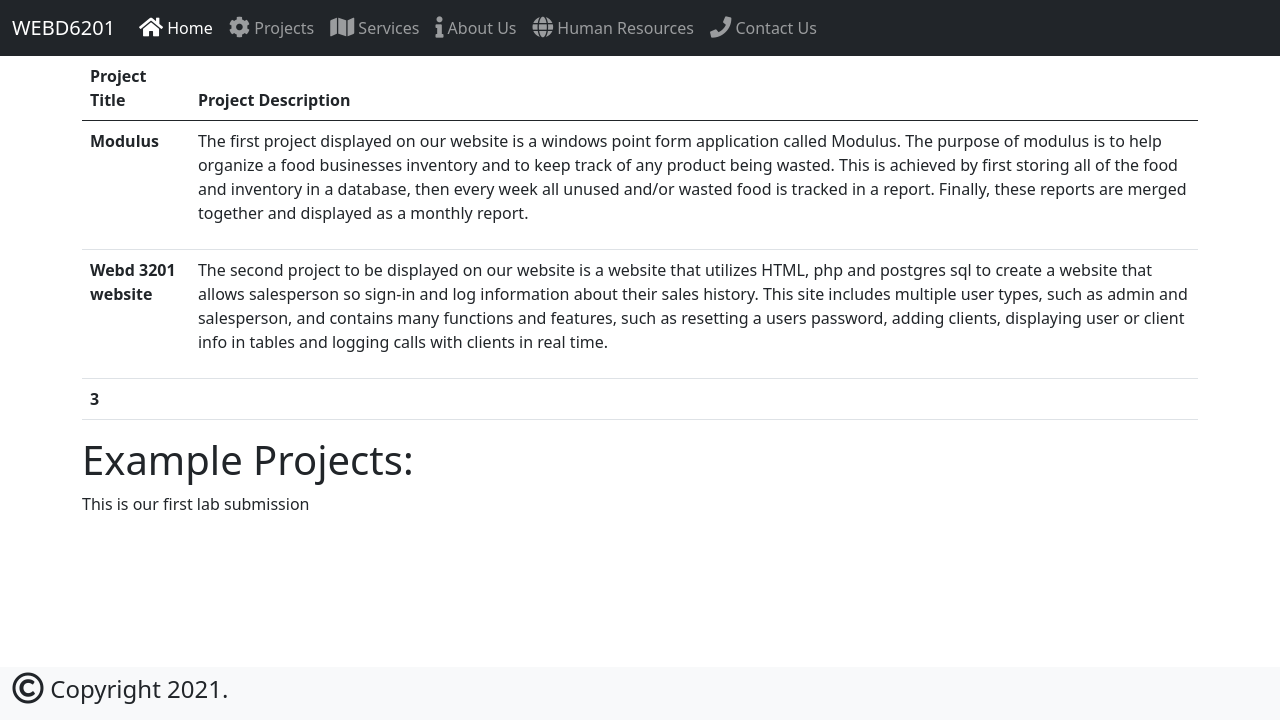
Repository: Sub4Sub/Lab_1
Page: products.html
These files come from the project's save history. The page is drawn as it stood at one moment and after the next save; the edit follows.
The browser window is 1280 px wide. The pictures show the whole page.

Above is the page before, as saved 2021-02-05 16:24:02.

After the next save:
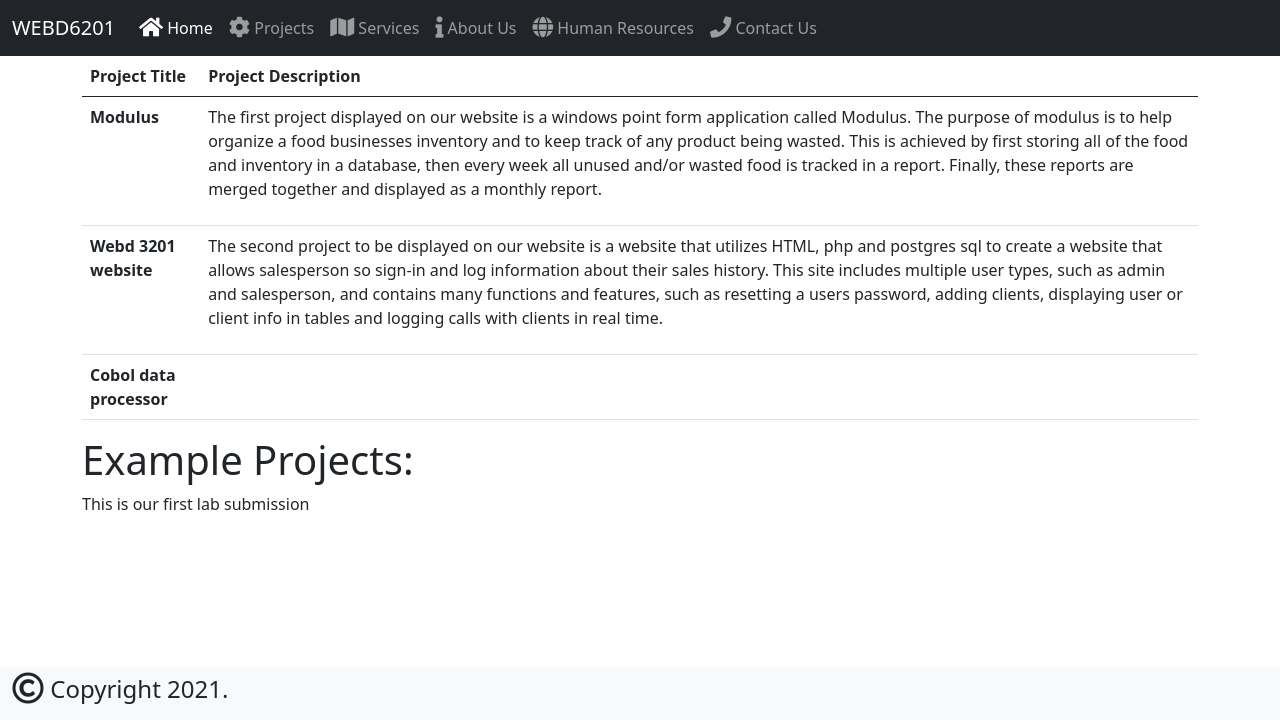
Saved 65 s later.
--- a/products.html
+++ b/products.html
@@ -45,7 +45,7 @@
             </td>
           </tr>
           <tr>
-            <th scope="row">3</th>
+            <th scope="row">Cobol data processor</th>
             <td>
 
             </td>
